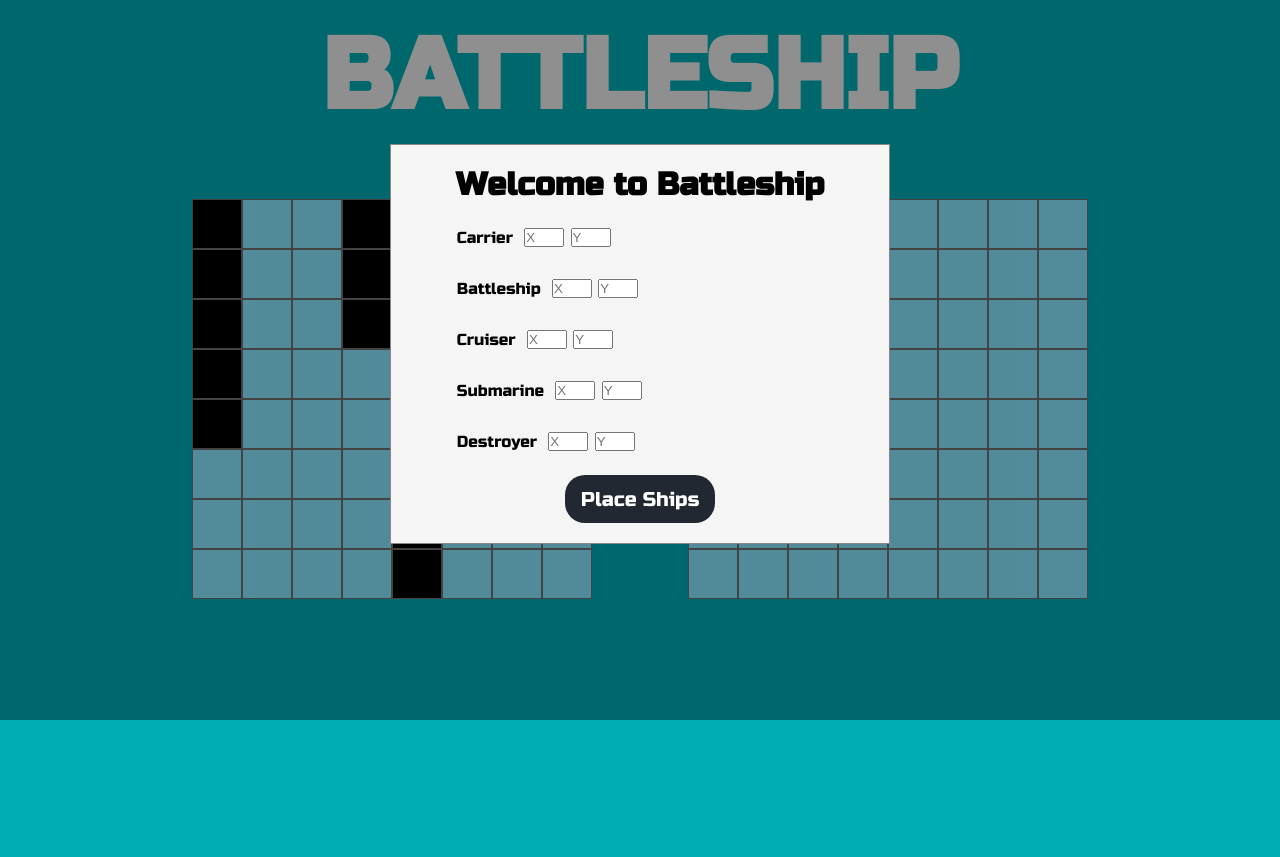
Repository: AzharMoosa/battleship
Page: /
These files come from the project's save history. The page is drawn as it stood at one moment and after a run of saves; the edit follows.
The browser window is 1280 px wide. The pictures show the whole page.
The project was rebuilt for these pictures with package versions that can differ from the ones it lists, and the page was loaded fresh each time.

Above is the page before, as saved 2020-07-09 10:24:52.

### src/App.js
import React from "react";
import Header from "./components/Header";
import Board from "./components/Board";
import { PlayersProvider } from "./context/PlayersContext";
import "./App.css";

function App() {
  return (
    <PlayersProvider>
      <div>
        <Header />
        <Board />
      </div>
    </PlayersProvider>
  );
}

export default App;

### src/components/Header.js
import React from "react";

const Header = () => {
  return (
    <div className='header'>
      <h1>Battleship</h1>
    </div>
  );
};

export default Header;

### src/components/Board.js
import React, { useState, Fragment } from "react";
import Square from "./Square";
import PlainSquare from "./PlainSquare";
import Player from "../functions/Player";
import Gameboard from "../functions/Gameboard";
import Overlay from "./Overlay";
import HitMiss from "./HitMiss";
import PlaceShip from "./PlaceShip";
import { v4 as uuidv4 } from "uuid";

const Board = () => {
  // eslint-disable-next-line
  const [player, setPlayer] = useState(Player(false));
  // eslint-disable-next-line
  const [computer, setComputer] = useState(Player(true));
  const [playerBoard, setPlayerBoard] = useState(Gameboard());
  const [computerBoard, setComputerBoard] = useState(Gameboard());
  const [playerTurn, setPlayerTurn] = useState(true);

  const getOutcome = (hit) => {
    let outcome = document.querySelector(".hit-miss-outcome");
    if (hit === true) {
      outcome.innerHTML = "Hit!";
    } else {
      outcome.innerHTML = "Miss!";
    }
  };

  const startGame = () => {
    playerBoard.placeShip(0, 0, player.ships[0], 1);
    playerBoard.placeShip(4, 4, player.ships[1], 1);
    playerBoard.placeShip(3, 0, player.ships[2], 1);
    playerBoard.placeShip(5, 0, player.ships[3], 1);
    playerBoard.placeShip(7, 0, player.ships[4], 1);

    computerBoard.placeShip(0, 0, computer.ships[0], 0);
    computerBoard.placeShip(4, 2, computer.ships[1], 0);
    computerBoard.placeShip(0, 3, computer.ships[2], 0);
    computerBoard.placeShip(3, 5, computer.ships[3], 0);
    computerBoard.placeShip(0, 7, computer.ships[4], 0);
  };

  const placeShipOnBoard = (
    carrierX,
    carrierY,
    battleshipX,
    battleshipY,
    cruiserX,
    cruiserY,
    submarineX,
    submarineY,
    destroyerX,
    destroyerY
  ) => {
    playerBoard.placeShip(carrierX, carrierY, player.ships[0], 1);
    playerBoard.placeShip(battleshipX, battleshipY, player.ships[1], 1);
    playerBoard.placeShip(cruiserX, cruiserY, player.ships[2], 1);
    playerBoard.placeShip(submarineX, submarineY, player.ships[3], 1);
    playerBoard.placeShip(destroyerX, destroyerY, player.ships[4], 1);
  };

  const getBoardElm = (elm) => {
    if (elm !== "") {
      return "square ship";
    } else {
      return "square";
    }
  };

  const displayModal = (name) => {
    let modal = document.querySelector(".modal");
    let title = document.querySelector(".winner-name");
    let overlay = document.querySelector(".overlay");
    modal.style.display = "block";
    overlay.style.display = "none";
    if (name === "Computer") {
      title.innerHTML = "Computer Wins";
    } else if (name === "Player") {
      title.innerHTML = "Player Wins";
    }
  };

  const resetGame = () => {
    setPlayer(Player(false));
    setComputer(Player(true));
    setPlayerBoard(Gameboard());
    setComputerBoard(Gameboard());
    setPlayerTurn(true);
    let modal = document.querySelector(".modal");
    let overlay = document.querySelector(".overlay");
    let outcome = document.querySelector(".hit-miss-outcome");
    modal.style.display = "none";
    overlay.style.display = "grid";
    outcome.innerHTML = "";
  };

  const gameOver = () => {
    if (playerBoard.allShipSunk(player.ships)) {
      displayModal("Computer");
    } else if (computerBoard.allShipSunk(computer.ships)) {
      displayModal("Player");
    }
  };

  const attackComputer = (e) => {
    if (playerTurn === true) {
      let updatedBoard = computerBoard;
      // Get Coord
      let coords = e.target.id.split(",");
      let x = coords[1];
      let y = coords[0];
      player.attackEnemy(updatedBoard, parseInt(x), parseInt(y));
      if (computerBoard.grid[x][y] === "") {
        e.target.classList.add("ship-miss");
        getOutcome(false);
      } else {
        e.target.classList.add("ship-hit");
        getOutcome(true);
      }
      setComputerBoard(updatedBoard);
      setPlayerTurn(false);
    }
    computerTurn();
  };

  const computerTurn = () => {
    if (playerTurn === true) {
      let updatedBoard = playerBoard;
      let randomCoords = computer.getRandomCoords();
      let square = document.getElementById(randomCoords);
      let coords = randomCoords.split(",");
      let x = coords[1];
      let y = coords[0];
      computer.computerAttack(updatedBoard, x, y);
      if (playerBoard.grid[x][y] === "") {
        square.classList.add("ship-miss");
      } else {
        square.classList.add("ship-hit");
      }
      gameOver();
      setPlayerBoard(updatedBoard);
      setPlayerTurn(true);
    }
  };

  return (
    <Fragment>
      <PlaceShip placeShipOnBoard={placeShipOnBoard} />
      <div className='container'>
        <HitMiss />
        <div className='game-boards'>
          {startGame()}
          <div className='game-board'>
            {playerBoard.grid.map((col, j) =>
              col.map((elm, i) => (
                <Square
                  key={uuidv4()}
                  elm={elm}
                  getBoardElm={getBoardElm}
                  id={`${i},${j}`}
                />
              ))
            )}
          </div>

          <div className='comp'>
            <div className='game-board comp-board'>
              {computerBoard.grid.map((col, j) =>
                col.map((elm, i) => (
                  <Square
                    key={uuidv4()}
                    elm={elm}
                    getBoardElm={getBoardElm}
                    attackComputer={attackComputer}
                    id={`${i},${j}`}
                  />
                ))
              )}
            </div>
            <div className='overlay game-board'>
              {computerBoard.grid.map((col, j) =>
                col.map((elm, i) => <PlainSquare key={uuidv4()} />)
              )}
            </div>
          </div>
        </div>
        <Overlay resetGame={resetGame} />
      </div>
    </Fragment>
  );
};

export default Board;

### src/context/PlayersContext.js
import React, { useState, createContext } from "react";
import Player from "../functions/Player";
import Gameboard from "../functions/Gameboard";

export const PlayersContext = createContext();

export const PlayersProvider = (props) => {
  const [players, usePlayers] = useState([
    // Player
    {
      player: Player(false),
      board: Gameboard(),
    },
    // Computer
    {
      player: Player(true),
      board: Gameboard(),
    },
  ]);

  return (
    <PlayersContext.Provider value={[players, usePlayers]}>
      {props.children}
    </PlayersContext.Provider>
  );
};

### src/App.css
@import url("https://fonts.googleapis.com/css2?family=Russo+One&display=swap");

:root {
  --bg-primary: #00adb5;
  --bg-light: #eeeeee;
  --bg-dark: #222831;
}

* {
  margin: 0;
  padding: 0;
  box-sizing: border-box;
}

body {
  font-family: "Russo One", sans-serif;
  background-color: var(--bg-primary);
}

.header {
  text-align: center;
}

.header h1 {
  color: var(--bg-light);
  font-size: 100px;
  text-transform: uppercase;
  margin-top: 1rem;
}

.game-boards {
  display: flex;
  align-items: center;
  justify-content: space-between;
  width: 70%;
  height: 55vh;
  margin: 3rem auto;
}

.game-board {
  display: grid;
  grid-template-columns: repeat(8, 1fr);
  width: 400px;
  height: 400px;
}

.square {
  border: 1px solid #707070;
  background-color: rgb(136, 231, 255);
  width: 50px;
  height: 50px;
  pointer-events: auto !important;
  cursor: pointer;
}

.plain-square {
  border: 1px solid #707070;
  background-color: rgb(136, 231, 255);
  width: 50px;
  height: 50px;
  pointer-events: none !important;
  cursor: pointer;
}

.ship {
  background-color: #000;
}

.ship-hit {
  background-color: rgb(255, 77, 77) !important;
  pointer-events: none !important;
}

.ship-miss {
  background-color: #fff !important;
  pointer-events: none !important;
}

.comp {
  display: grid;
}

.comp-board,
.overlay {
  grid-area: 1 / 1;
}

.container {
  display: flex;
  flex-direction: column;
  height: 100vh;
}

.overlay {
  pointer-events: none;
}

.start {
  /* display: none; */
  position: fixed;
  z-index: 1;
  left: 0;
  top: 0;
  width: 100%;
  height: 100%;
  background-color: rgb(0, 0, 0);
  background-color: rgba(0, 0, 0, 0.4);
}

.start-content {
  background-color: #f5f5f5;
  margin: 20vh auto;
  padding: 20px;
  border: 1px solid #888;
  width: 500px;
  height: 400px;
  display: flex;
  flex-direction: column;
  align-items: center;
  justify-content: center;
}

.coord-inputs {
  display: flex;
  align-items: center;
  width: 80%;
  margin-top: 1rem;
}

.coord-inputs label {
  margin-right: 0.5rem;
}

.coord-input {
  margin: 0.5rem 0.2rem;
  width: 40px;
}

.btn-place {
  margin-top: 1rem;
}

.modal {
  display: none;
  position: fixed;
  z-index: 1;
  left: 0;
  top: 0;
  width: 100%;
  height: 100%;
  background-color: rgb(0, 0, 0);
  background-color: rgba(0, 0, 0, 0.4);
}

.modal-content-results {
  background-color: #f5f5f5;
  margin: 30vh auto;
  padding: 20px;
  border: 1px solid #888;
  width: 400px;
  height: 200px;
  display: flex;
  flex-direction: column;
  align-items: center;
  justify-content: center;
}

.winner-name {
  text-align: center;
  margin-bottom: 2rem;
  font-size: 40px;
}

.btn-primary {
  background-color: var(--bg-dark);
  color: #fff;
  width: 150px;
  height: 50px;
  font-size: 20px;
  border: none;
  outline: none;
  font-family: "Russo One", sans-serif;
  border-radius: 20px;
  cursor: pointer;
}

.hit-miss {
  display: flex;
  align-items: center;
  justify-content: center;
  margin-top: 1rem;
}

.hit-miss-outcome {
  color: #fff;
  font-size: 50px;
}

@media (min-width: 1700px) {
  .game-boards {
    height: 70vh;
    width: 80%;
  }

  .game-board {
    width: 650px;
    height: 650px;
  }

  .square,
  .plain-square {
    width: 81.25px;
    height: 81.25px;
  }
}

@media (max-width: 1200px) {
  .game-boards {
    height: 70vh;
    width: 80%;
    display: flex;
    flex-direction: column;
  }

  .game-board {
    width: 500px;
    height: 500px;
  }

  .comp {
    margin-top: 3rem;
  }

  .square,
  .plain-square {
    width: 62.5px;
    height: 62.5px;
  }
}

@media (max-width: 768px) {
  .header h1 {
    font-size: 60px;
  }

  .game-boards {
    width: 80%;
    display: flex;
    flex-direction: column;
  }

  .game-board {
    width: 400px;
    height: 400px;
  }

  .comp {
    margin-top: 3rem;
  }

  .square,
  .plain-square {
    width: 50px;
    height: 50px;
  }
}

@media (max-width: 414px) {
  .header h1 {
    font-size: 40px;
  }

  .game-boards {
    width: 70%;
    display: flex;
    flex-direction: column;
  }

  .game-board {
    width: 300px;
    height: 300px;
  }

  .comp {
    margin-top: 3rem;
  }

  .square,
  .plain-square {
    width: 37.5px;
    height: 37.5px;
  }

  .modal-content-results {
    width: 300px;
  }

  .winner-name {
    font-size: 35px;
  }

  .btn-primary {
    background-color: var(--bg-dark);
    color: #fff;
    width: 150px;
    height: 50px;
    font-size: 20px;
    border: none;
    outline: none;
    font-family: "Russo One", sans-serif;
    border-radius: 20px;
    cursor: pointer;
  }
}

@media (max-width: 375px) {
  .header h1 {
    font-size: 35px;
  }

  .game-boards {
    width: 70%;
    display: flex;
    flex-direction: column;
  }

  .game-board {
    width: 280px;
    height: 280px;
  }

  .comp {
    margin-top: 3rem;
  }

  .square,
  .plain-square {
    width: 35px;
    height: 35px;
  }
}

@media (max-width: 320px) {
  .modal-content-results {
    width: 250px;
  }

  .winner-name {
    font-size: 30px;
  }
}

### src/components/Square.js
import React from "react";

const Square = ({ elm, attackComputer, getBoardElm, id }) => {
  return (
    <div className={getBoardElm(elm)} id={id} onClick={attackComputer}></div>
  );
};

export default Square;

### src/components/PlainSquare.js
import React from "react";

const PlainSquare = () => {
  return <div className='plain-square'></div>;
};

export default PlainSquare;

### src/functions/Player.js
import Ship from "./Ship";

const Player = (ai) => {
  let previousShots = [];

  // Create Ships
  let carrier = Ship("Carrier", 5);
  let battleship = Ship("Battleship", 4);
  let cruiser = Ship("Cruiser", 3);
  let submarine = Ship("Submarine", 3);
  let destroyer = Ship("Destroyer", 2);
  let ships = [carrier, battleship, cruiser, submarine, destroyer];

  const attackEnemy = (enemyBoard, x, y) => {
    if (!previousShots.includes([x, y])) {
      enemyBoard.receiveAttack(x, y);
      previousShots.push([parseInt(x), parseInt(y)]);
      return true;
    }
    return false;
  };

  const checkCoord = (x, y) => {
    previousShots.forEach((coords) => {
      if (
        parseInt(coords[1]) === parseInt(x) &&
        parseInt(coords[0]) === parseInt(y)
      ) {
        return true;
      }
    });
    return false;
  };

  const getRandomCoords = (gameboard) => {
    let maximum = 7;
    let minimum = 0;
    let x = 0;
    let y = 0;

    do {
      x = Math.floor(Math.random() * (maximum - minimum + 1)) + minimum;
      y = Math.floor(Math.random() * (maximum - minimum + 1)) + minimum;
    } while (checkCoord(x, y));
    return `${x},${y}`;
  };

  const computerAttack = (enemyBoard, x, y) => {
    enemyBoard.receiveAttack(x, y);
    previousShots.push([x, y]);
  };

  return { previousShots, ships, attackEnemy, computerAttack, getRandomCoords };
};

export default Player;

### src/functions/Gameboard.js
const Gameboard = () => {
  let previousShots = [];
  const grid = new Array(8).fill("");
  for (let i = 0; i < grid.length; i++) {
    grid[i] = new Array(8).fill("");
  }

  const getGrid = () => {
    return grid;
  };

  const getPreviousShots = () => {
    return previousShots;
  };

  const placeShip = (x, y, ship, orientation) => {
    // Horizontal Orientation = 0
    // Vertical Orientation = 1

    // Check If Ship Fits
    let shipLength = ship.length;

    if (orientation === 0) {
      for (let i = x; i < x + ship.length; i++) {
        if (grid[y][i] !== "" || x + shipLength > 8) {
          return false;
        }
        grid[y][i] = ship;
        ship.setShipCoords(y, i);
      }
    } else if (orientation === 1) {
      for (let i = y; i < y + ship.length; i++) {
        if (grid[i][x] !== "" || y + shipLength > 8) {
          return false;
        }
        grid[i][x] = ship;
        ship.setShipCoords(i, x);
      }
    }
    return true;
  };

  const flatten = (arr) => {
    return arr.join(" |-| ");
  };

  const receiveAttack = (x, y) => {
    // Check if ship is at position
    if (grid[x][y] !== "") {
      let ship = grid[x][y];
      let shipCoords = ship.getShipCoords();
      let arrSearch = shipCoords.map((row) => {
        return flatten(row);
      });
      let pos = arrSearch.indexOf(flatten([x, y]));
      if (!ship.isHit(pos)) {
        ship.hit(pos);
        return true;
      }
    }
    previousShots.push([x, y]);
    return false;
  };

  const allShipSunk = (ships) => {
    for (let i = 0; i < ships.length; i++) {
      if (!ships[i].isSunk()) {
        return false;
      }
    }

    return true;
  };

  return {
    grid,
    previousShots,
    getGrid,
    placeShip,
    receiveAttack,
    getPreviousShots,
    allShipSunk,
  };
};

export default Gameboard;

### src/components/Overlay.js
import React from "react";

const Overlay = ({ resetGame }) => {
  return (
    <div className='modal'>
      <div className='modal-content-results'>
        <h1 className='winner-name'>Player Wins</h1>
        <button className='btn-primary' onClick={resetGame}>
          Restart
        </button>
      </div>
    </div>
  );
};

export default Overlay;

### src/components/HitMiss.js
import React from "react";

const HitMiss = () => {
  return (
    <div className='hit-miss'>
      <h1 className='hit-miss-outcome'>{}</h1>
    </div>
  );
};

export default HitMiss;

### src/components/PlaceShip.js
import React, { useState } from "react";

const PlaceShip = ({ placeShipOnBoard }) => {
  const [carrierX, setCarrierX] = useState("");
  const [carrierY, setCarrierY] = useState("");
  const [battleshipX, setBattleshipX] = useState("");
  const [battleshipY, setBattleshipY] = useState("");
  const [cruiserX, setCruiserX] = useState("");
  const [cruiserY, setCruiserY] = useState("");
  const [submarineX, setSubmarineX] = useState("");
  const [submarineY, setSubmarineY] = useState("");
  const [destroyerX, setDestroyerX] = useState("");
  const [destroyerY, setDestroyerY] = useState("");

  const updateBoard = () => {
    placeShipOnBoard(
      carrierX,
      carrierY,
      battleshipX,
      battleshipY,
      cruiserX,
      cruiserY,
      submarineX,
      submarineY,
      destroyerX,
      destroyerY
    );
  };

  return (
    <div className='start'>
      <div className='start-content'>
        <h1>Welcome to Battleship</h1>
        <div className='coord-inputs'>
          <label htmlFor='carrier'>Carrier</label>
          <input
            onChange={(e) => setCarrierX(e.target.value)}
            className='coord-input'
            type='number'
            placeholder='X'
            min='0'
            max='7'
          />
          <input
            onChange={(e) => setCarrierY(e.target.value)}
            className='coord-input'
            type='number'
            placeholder='Y'
            min='0'
            max='7'
          />
        </div>
        <div className='coord-inputs'>
          <label htmlFor='battleship'>Battleship</label>
          <input
            type='number'
            placeholder='X'
            min='0'
            max='7'
            onChange={(e) => setBattleshipX(e.target.value)}
            className='coord-input'
          />
          <input
            type='number'
            placeholder='Y'
            min='0'
            max='7'
            onChange={(e) => setBattleshipY(e.target.value)}
            className='coord-input'
          />
        </div>
        <div className='coord-inputs'>
          <label htmlFor='cruiser'>Cruiser</label>
          <input
            type='number'
            placeholder='X'
            min='0'
            max='7'
            onChange={(e) => setCruiserX(e.target.value)}
            className='coord-input'
          />
          <input
            type='number'
            placeholder='Y'
            min='0'
            max='7'
            onChange={(e) => setCruiserY(e.target.value)}
            className='coord-input'
          />
        </div>
        <div className='coord-inputs'>
          <label htmlFor='submarine'>Submarine</label>
          <input
            type='number'
            placeholder='X'
            min='0'
            max='7'
            onChange={(e) => setSubmarineX(e.target.value)}
            className='coord-input'
          />
          <input
            type='number'
            placeholder='Y'
            min='0'
            max='7'
            onChange={(e) => setSubmarineY(e.target.value)}
            className='coord-input'
          />
        </div>
        <div className='coord-inputs'>
          <label htmlFor='destroyer'>Destroyer</label>
          <input
            type='number'
            placeholder='X'
            min='0'
            max='7'
            onChange={(e) => setDestroyerX(e.target.value)}
            className='coord-input'
          />
          <input
            type='number'
            placeholder='Y'
            min='0'
            max='7'
            onChange={(e) => setDestroyerY(e.target.value)}
            className='coord-input'
          />
        </div>
        <button className='btn-primary btn-place' onClick={updateBoard}>
          Place Ships
        </button>
      </div>
    </div>
  );
};

export default PlaceShip;

### src/functions/Ship.js
const Ship = (name, length) => {
  // Fills ship with false
  const ship = new Array(length).fill(false);
  let shipCoords = [];

  // Hit
  const hit = (pos) => (ship[pos] = true);

  // If Ship Sunk
  const isSunk = () => {
    return ship.every((v) => v === true);
  };

  const isHit = (pos) => {
    return ship[pos] === true ? true : false;
  };

  // Returns ship
  const getShip = () => {
    return ship;
  };

  const setShipCoords = (x, y) => {
    shipCoords.push([x, y]);
  };

  const getShipCoords = () => {
    return shipCoords;
  };

  return {
    name,
    ship,
    length,
    hit,
    isSunk,
    isHit,
    getShip,
    setShipCoords,
    getShipCoords,
  };
};

export default Ship;

Loaded but not shown: public/index.html (common file); src/index.js (common file)

After the next 2 saves:
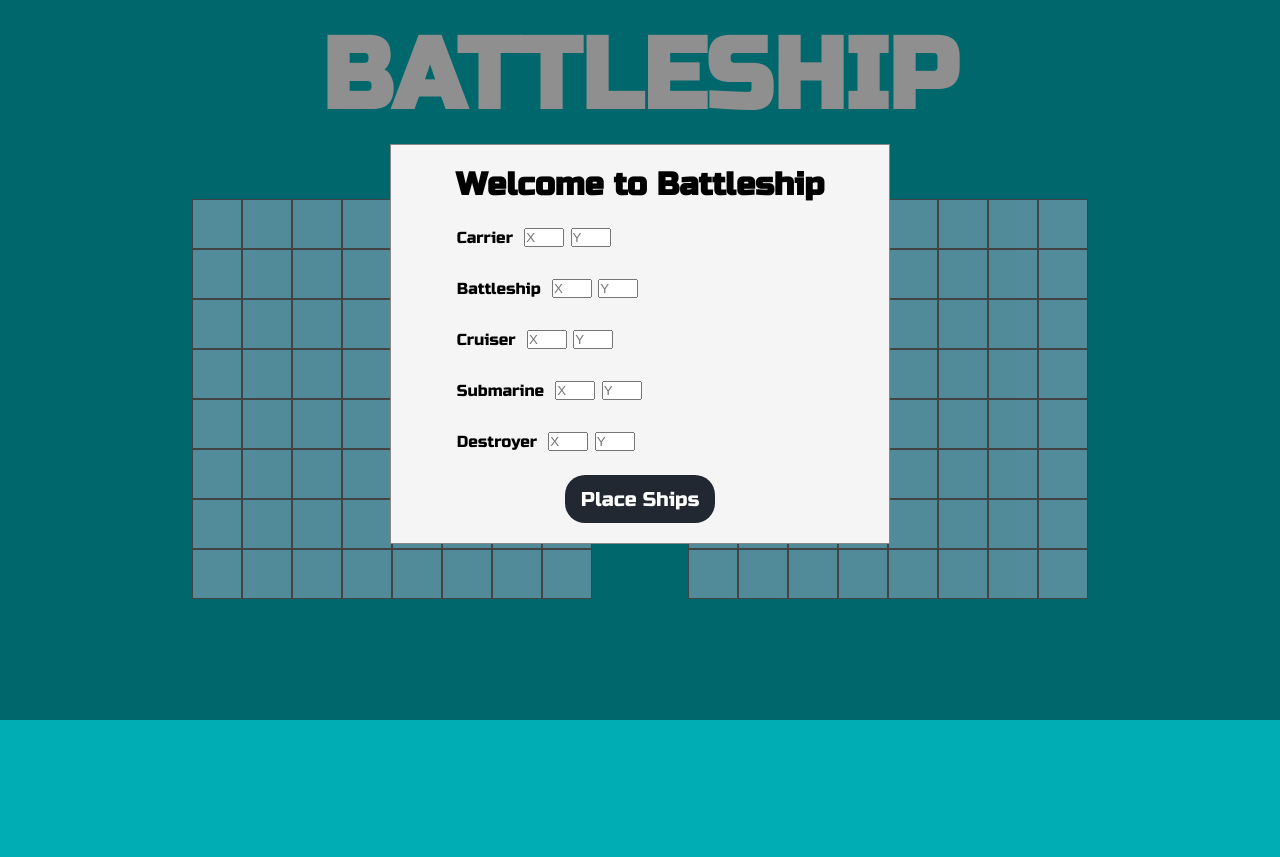
The 2 saves are shown as one change because 1 did not build or start.
The last was saved 38 s later.
--- a/src/components/Board.js
+++ b/src/components/Board.js
@@ -26,19 +26,19 @@ const Board = () => {
     }
   };
 
-  const startGame = () => {
-    playerBoard.placeShip(0, 0, player.ships[0], 1);
-    playerBoard.placeShip(4, 4, player.ships[1], 1);
-    playerBoard.placeShip(3, 0, player.ships[2], 1);
-    playerBoard.placeShip(5, 0, player.ships[3], 1);
-    playerBoard.placeShip(7, 0, player.ships[4], 1);
+  // const startGame = () => {
+  //   playerBoard.placeShip(0, 0, player.ships[0], 1);
+  //   playerBoard.placeShip(4, 4, player.ships[1], 1);
+  //   playerBoard.placeShip(3, 0, player.ships[2], 1);
+  //   playerBoard.placeShip(5, 0, player.ships[3], 1);
+  //   playerBoard.placeShip(7, 0, player.ships[4], 1);
 
-    computerBoard.placeShip(0, 0, computer.ships[0], 0);
-    computerBoard.placeShip(4, 2, computer.ships[1], 0);
-    computerBoard.placeShip(0, 3, computer.ships[2], 0);
-    computerBoard.placeShip(3, 5, computer.ships[3], 0);
-    computerBoard.placeShip(0, 7, computer.ships[4], 0);
-  };
+  //   computerBoard.placeShip(0, 0, computer.ships[0], 0);
+  //   computerBoard.placeShip(4, 2, computer.ships[1], 0);
+  //   computerBoard.placeShip(0, 3, computer.ships[2], 0);
+  //   computerBoard.placeShip(3, 5, computer.ships[3], 0);
+  //   computerBoard.placeShip(0, 7, computer.ships[4], 0);
+  // };
 
   const placeShipOnBoard = (
     carrierX,
@@ -57,6 +57,12 @@ const Board = () => {
     playerBoard.placeShip(cruiserX, cruiserY, player.ships[2], 1);
     playerBoard.placeShip(submarineX, submarineY, player.ships[3], 1);
     playerBoard.placeShip(destroyerX, destroyerY, player.ships[4], 1);
+
+    computerBoard.placeShip(0, 0, computer.ships[0], 0);
+    computerBoard.placeShip(4, 2, computer.ships[1], 0);
+    computerBoard.placeShip(0, 3, computer.ships[2], 0);
+    computerBoard.placeShip(3, 5, computer.ships[3], 0);
+    computerBoard.placeShip(0, 7, computer.ships[4], 0);
   };
 
   const getBoardElm = (elm) => {
@@ -149,7 +155,6 @@ const Board = () => {
       <div className='container'>
         <HitMiss />
         <div className='game-boards'>
-          {startGame()}
           <div className='game-board'>
             {playerBoard.grid.map((col, j) =>
               col.map((elm, i) => (
